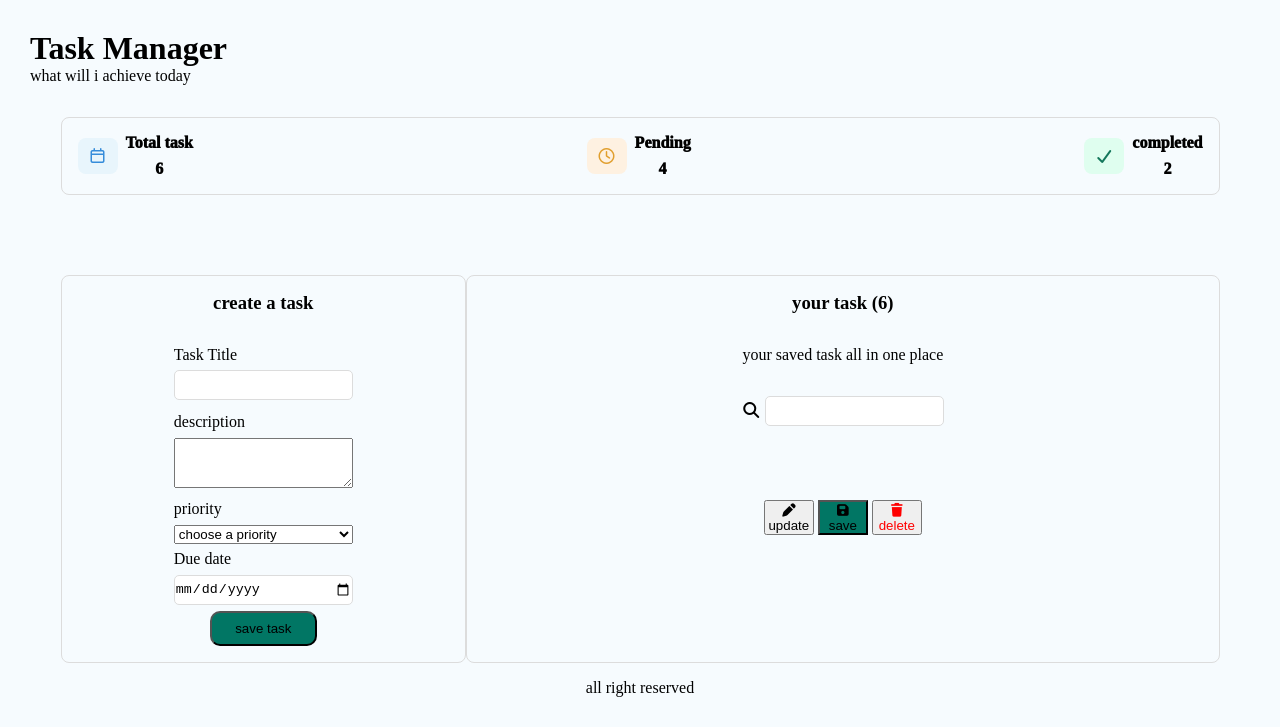
Repository: XDENTERTAINMENT/task-manager-groupwork
Page: index.html
These files come from the project's save history. The page is drawn as it stood at one moment and after the next save; the edit follows.
The browser window is 1280 px wide. The pictures show the whole page.

Above is the page before, as saved 2026-10-30 21:36:27.

After the next save:
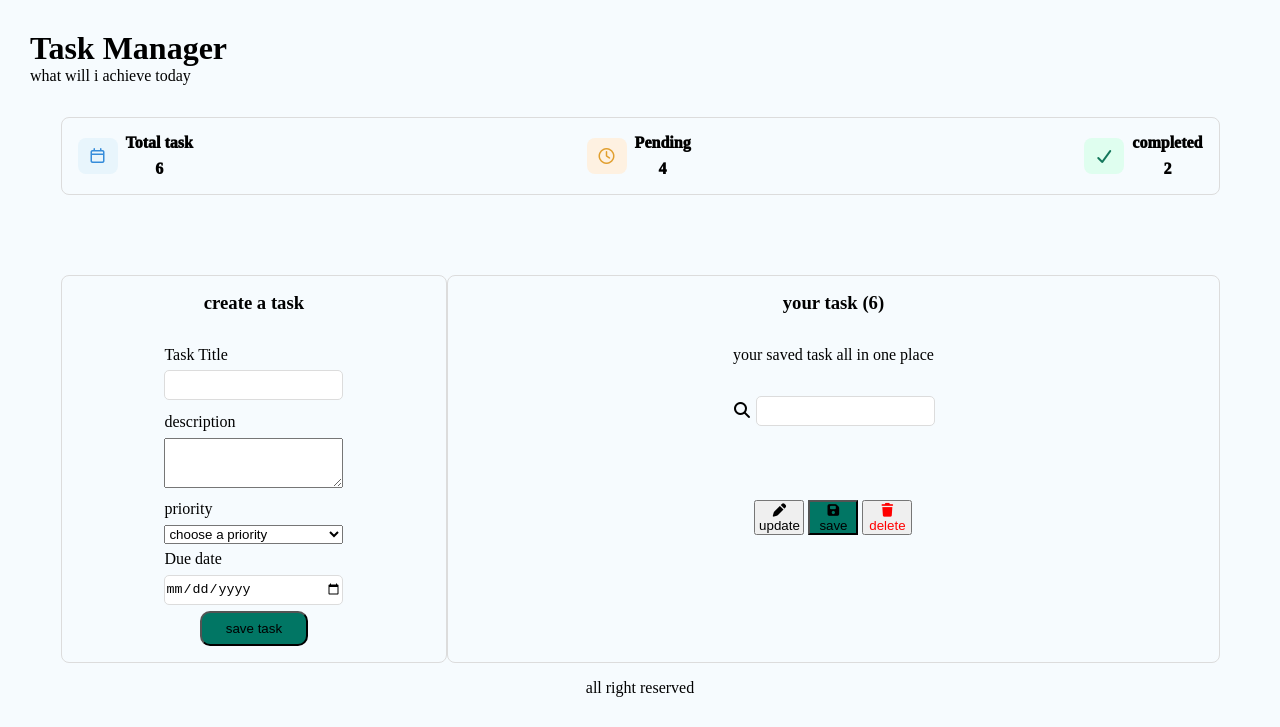
Saved 5 s later.
--- a/style.css
+++ b/style.css
@@ -91,7 +91,7 @@ form {
   border: 1px solid gainsboro;
   padding: 1rem;
   border-radius: 8px;
-  width: 65%;
+  width: 70%;
 }
 
 .create-tax {
